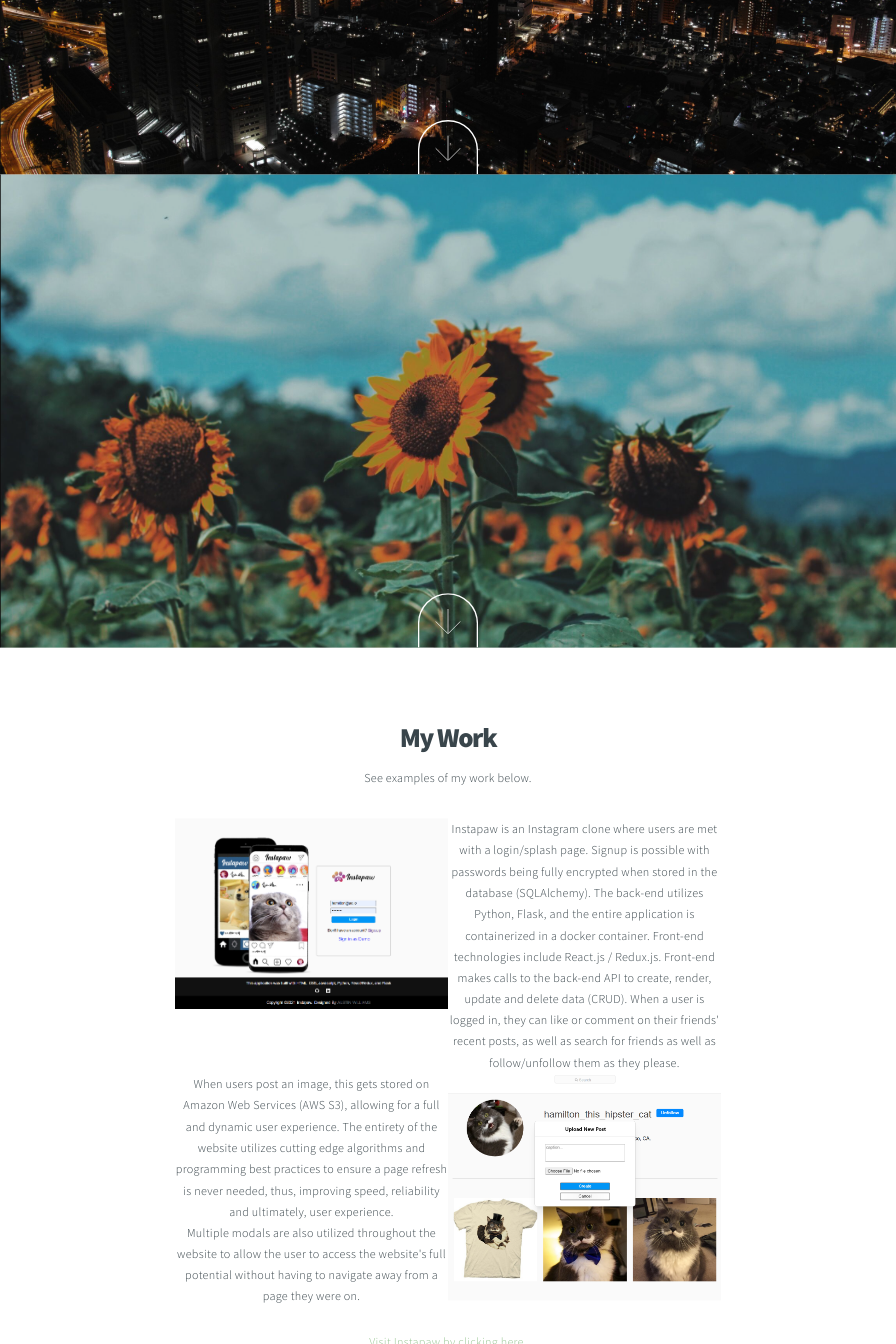
Repository: AustinW24/AustinW24.github.io
Page: index.html
The author's editor kept a copy of each file at every save. The page is drawn from the files as they stood at one save, then again after the next save.
The browser window is 1280 px wide. The pictures show the part of the page from y = 1138 to 3058 px (the page is 4407 px tall before and 4427 px after), at 70% of full size.
Backgrounds fixed to the window are drawn as part of the page.

Above is the page before, as saved 2021-12-27 15:52:21.

After the next save:
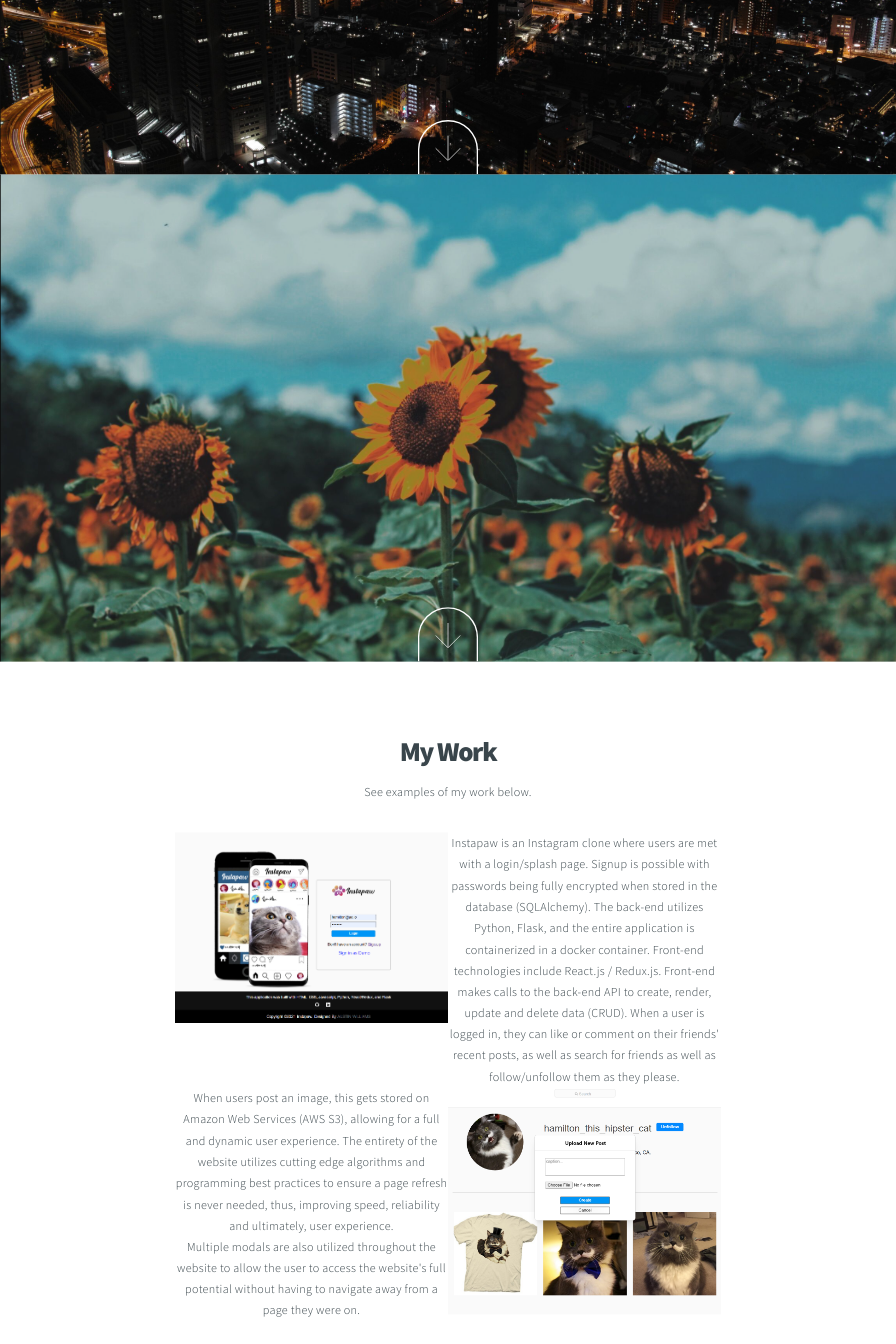
Saved 7 s later.
--- a/index.html
+++ b/index.html
@@ -78,7 +78,7 @@
 
     <!-- Two -->
     <section id="two" class="main style2 left dark fullscreen" style="max-height: 100vh">
-        <div class="content box style2" style="min-width: 700px; margin-bottom: 80px">
+        <div class="content box style2" style="min-width: 700px; margin-bottom: 100px">
             <header>
                 <h2 style="font-size: 16px">Who I Am</h2>
             </header>
